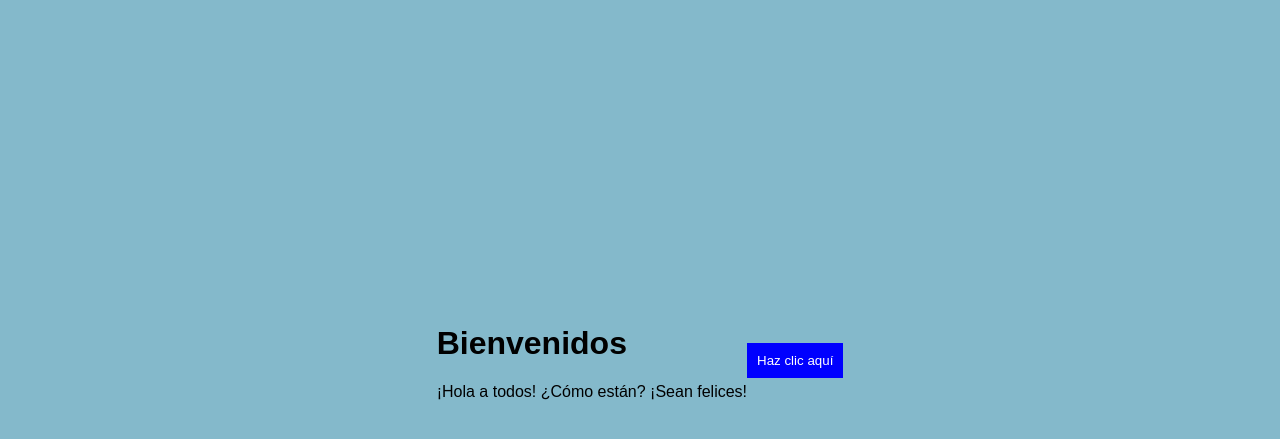
Repository: Connie75/KEYCODE
Page: Ejercicios/index.html
The author's editor kept a copy of each file at every save. The page is drawn from the files as they stood at one save, then again after the next save.
The browser window is 1280 px wide. The pictures show the whole page.

Above is the page before, as saved 2024-08-16 03:46:44.

### Ejercicios/index.html
<!DOCTYPE html>
<html lang="es">
<head>
    <meta charset="UTF-8">
    <meta name="viewport" content="width=device-width, initial-scale=1.0">
    <title>Norma Constanza</title>
    <style>
        body {
            font-family: Arial, sans-serif;
            background-color: rgb(132, 185, 203); /* Cambia el color del fondo */
            display: flex;
            justify-content: center;
            align-items: center;
            height: 100vh;
            margin: 0;
        }
        .parrafo {
            color: darkblue;
        }
        .btn {
            background-color: blue;
            color: white;
            padding: 10px;
            border: none;
            cursor: pointer;
            transition: all 0.3s ease;
        }
        .btn:hover {
            background-color: green;
            color: yellow;
            transform: translateX(20px); /* Mueve el botón a la derecha */
        }
    </style>
</head>

<body>
<header>
    <h1>Bienvenidos</h1>
    <p>¡Hola a todos! ¿Cómo están? ¡Sean felices!</p>
</header>
<section>
    <button class="btn">Haz clic aquí</button>
</section>
<script>
    const name = "Norma";
    const greeting = `Hello, my name is ${name}!`;
    console.log(greeting);
    // "Hello, my name is Norma!"
</script>
</body>
</html>

After the next save:
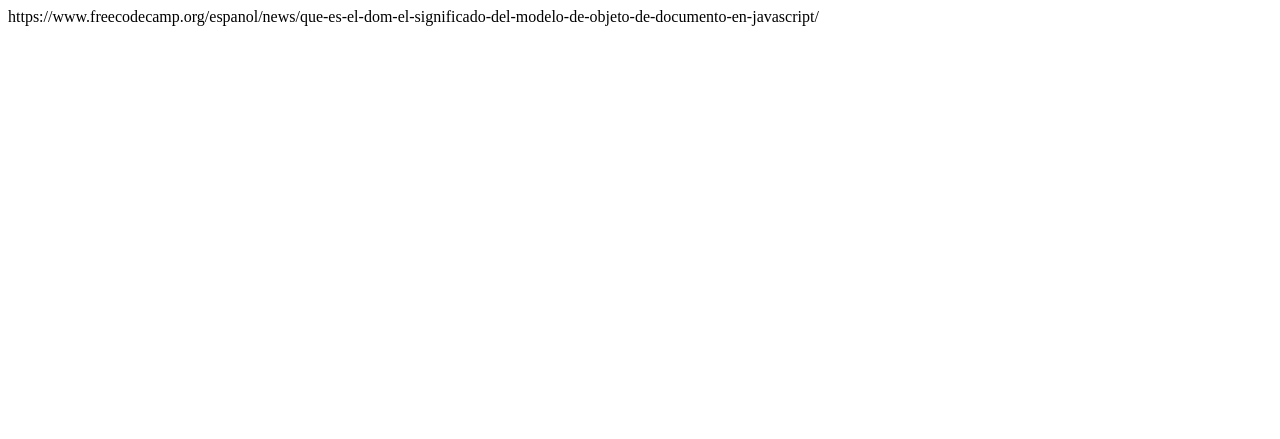
Saved 47 h 42 min later.
--- a/Ejercicios/index.html
+++ b/Ejercicios/index.html
@@ -1,51 +1 @@
-<!DOCTYPE html>
-<html lang="es">
-<head>
-    <meta charset="UTF-8">
-    <meta name="viewport" content="width=device-width, initial-scale=1.0">
-    <title>Norma Constanza</title>
-    <style>
-        body {
-            font-family: Arial, sans-serif;
-            background-color: rgb(132, 185, 203); /* Cambia el color del fondo */
-            display: flex;
-            justify-content: center;
-            align-items: center;
-            height: 100vh;
-            margin: 0;
-        }
-        .parrafo {
-            color: darkblue;
-        }
-        .btn {
-            background-color: blue;
-            color: white;
-            padding: 10px;
-            border: none;
-            cursor: pointer;
-            transition: all 0.3s ease;
-        }
-        .btn:hover {
-            background-color: green;
-            color: yellow;
-            transform: translateX(20px); /* Mueve el botón a la derecha */
-        }
-    </style>
-</head>
-
-<body>
-<header>
-    <h1>Bienvenidos</h1>
-    <p>¡Hola a todos! ¿Cómo están? ¡Sean felices!</p>
-</header>
-<section>
-    <button class="btn">Haz clic aquí</button>
-</section>
-<script>
-    const name = "Norma";
-    const greeting = `Hello, my name is ${name}!`;
-    console.log(greeting);
-    // "Hello, my name is Norma!"
-</script>
-</body>
-</html>
+https://www.freecodecamp.org/espanol/news/que-es-el-dom-el-significado-del-modelo-de-objeto-de-documento-en-javascript/
